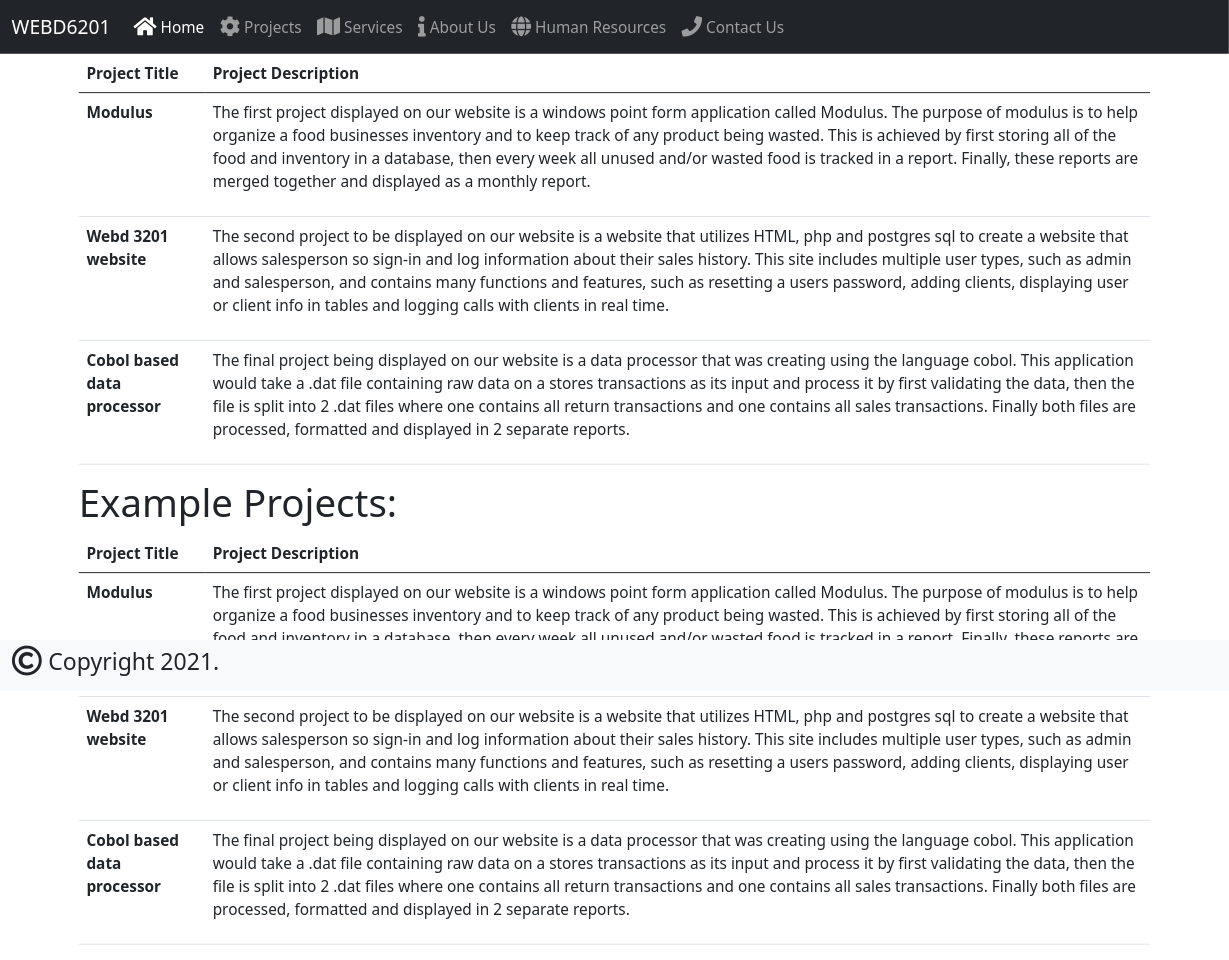
Repository: Sub4Sub/Lab_1
Page: products.html
These files come from the project's save history. The page is drawn as it stood at one moment and after the next save; the edit follows.
The browser window is 1280 px wide. The pictures show the whole page, at 96% of full size.

Above is the page before, as saved 2021-02-05 16:52:05.

### products.html
<!DOCTYPE html>
<html lang="en">
<head>
    <meta charset="UTF-8">
    <meta name="viewport" content="width=device-width, initial-scale=1.0">
    <title>Products</title>
    <!-- CSS Section -->
    <link rel="stylesheet" href="./node_modules/bootstrap/dist/css/bootstrap.min.css">
    <link rel="stylesheet" href="./node_modules/@fortawesome/fontawesome-free/css/all.min.css">
    <link rel="stylesheet" href="./Content/app.css">
</head>
<body>
    <!-- Main Header -->

    <!-- Main Content -->
    <main class="container">
      <table class="table">
        <thead>
          <tr>
            <th scope="col">Project Title</th>
            <th scope="col">Project Description</th>
          </tr>
        </thead>
        <tbody>
          <tr>
            <th scope="row">Modulus</th>
            <td>
              <p>
                The first project displayed on our website is a windows point form application called Modulus. The purpose of modulus is to
                help organize a food businesses inventory and to keep track of any product being wasted. This is achieved by first storing all of
                the food and inventory in a database, then every week all unused and/or wasted food is tracked in a report. Finally,
                these reports are merged together and displayed as a monthly report.
              </p>
            </td>
          </tr>
          <tr>
            <th scope="row">Webd 3201 website</th>
            <td>
              <p>
                The second project to be displayed on our website is a website that utilizes HTML, php and postgres sql to create a website that
                 allows salesperson so sign-in and log information about their sales history. This site includes multiple user types, such as admin
                 and salesperson, and contains many functions and features, such as resetting a users password, adding clients, displaying user or client info in tables and
                 logging calls with clients in real time.
              </p>
            </td>
          </tr>
          <tr>
            <th scope="row">Cobol based data processor</th>
            <td>
              <p>
                The final project being displayed on our website is a data processor that was creating using the language cobol. This application
                would take a .dat file containing raw data on a stores transactions as its input and process it by first validating the data, then
                the file is split into 2 .dat files where one contains all return transactions and one contains all sales transactions. Finally
                both files are processed, formatted and displayed in 2 separate reports.
              </p>
            </td>
          </tr>
        </tbody>
      </table>
    </main>



    <!-- Script Section-->
    <script src="./node_modules/jquery/dist/jquery.min.js"></script>
    <script src="./node_modules/bootstrap/dist/js/bootstrap.bundle.min.js"></script>
    <script src="./Scripts/app.js"></script>
</body>
</html>

### Scripts/app.js
/*
* Name: Brett Tindall & Emeka Okoisama
* Student Id: 100708109 &
* Date Completed: 2021-02-05
*/

"use strict";

//IIFE - Immediately Invoked Function Expression
(function()
{

    /*
      Function that displays the home page's content
    */
    function displayHome()
    {
        let indexHeading = document.createElement("h1");

        indexHeading.setAttribute("id", "indexHeading");
        indexHeading.textContent = `Welcome to lab 1`;

        let mainContent = document.querySelector("main");
        mainContent.appendChild(indexHeading);

        let newDivTag = document.createElement("div");
        newDivTag.innerHTML =
        `<h4>By Brett Tindall and Emeka Okoisama</h4>
        <p id="paragraphThree"> This is our first lab submission </p>`;


        mainContent.append(newDivTag);


    }

    function displayProjects()
    {
        let projectHeading = document.createElement("h1");

        projectHeading.setAttribute("id", "projectHeading");
        projectHeading.textContent = `Example Projects:`;

        let mainContent = document.querySelector("main");
        mainContent.appendChild(projectHeading);

        let newDivTag = document.createElement("div");
        newDivTag.innerHTML =
        `<table class="table">
        <thead>
          <tr>
            <th scope="col">Project Title</th>
            <th scope="col">Project Description</th>
          </tr>
        </thead>
        <tbody>
          <tr>
            <th scope="row">Modulus</th>
            <td>
              <p>
                The first project displayed on our website is a windows point form application called Modulus. The purpose of modulus is to
                help organize a food businesses inventory and to keep track of any product being wasted. This is achieved by first storing all of
                the food and inventory in a database, then every week all unused and/or wasted food is tracked in a report. Finally,
                these reports are merged together and displayed as a monthly report.
              </p>
            </td>
          </tr>
          <tr>
            <th scope="row">Webd 3201 website</th>
            <td>
              <p>
                The second project to be displayed on our website is a website that utilizes HTML, php and postgres sql to create a website that
                 allows salesperson so sign-in and log information about their sales history. This site includes multiple user types, such as admin
                 and salesperson, and contains many functions and features, such as resetting a users password, adding clients, displaying user or client info in tables and
                 logging calls with clients in real time.
              </p>
            </td>
          </tr>
          <tr>
            <th scope="row">Cobol based data processor</th>
            <td>
              <p>
                The final project being displayed on our website is a data processor that was creating using the language cobol. This application
                would take a .dat file containing raw data on a stores transactions as its input and process it by first validating the data, then
                the file is split into 2 .dat files where one contains all return transactions and one contains all sales transactions. Finally
                both files are processed, formatted and displayed in 2 separate reports.
              </p>
            </td>
          </tr>
        </tbody>
      </table>`;


        mainContent.append(newDivTag);


    }

    /*
      Function that displays the contact page's content
    */
    function displayContact()
    {
      let contactHeading = document.createElement("h1");

      contactHeading.setAttribute("id", "contactHeading");
      contactHeading.textContent = "Enter a Contact";

      let mainContent = document.querySelector("main");
      mainContent.appendChild(contactHeading);

      let newDivTag = document.createElement("div");
      newDivTag.innerHTML =
      `<div id="messageArea"></div>

      <div class="row justify-content-lg-center g-3">
        <form class="col-lg-6 col-md-10 col-sm-10">

          <div class="input-group mb-3">
            <span class="input-group-text" id="inputGroup-sizing-default">Full Name </span>
            <input id="fullName" type="text" class="form-control" aria-label="Full Name" aria-describedby="Full Name Input"
            name="fullName" required>
          </div>

          <div class="input-group mb-3">
            <span class="input-group-text" id="inputGroup-sizing-default">Contact Number</span>
            <input id="contactNumber" type="tel" class="form-control" aria-label="Contact Number" aria-describedby="Contact Number Input"
            name="contactNumber" required>
          </div>

          <div class="input-group mb-3">
            <span class="input-group-text" id="inputGroup-sizing-default">Email</span>
            <input id="emailAddress" type="email" class="form-control" aria-label="Email Address" aria-describedby="Email Address Input"
            name="emailAddress" required>
          </div>

          <button id="sendButton" type="submit" class="btn btn-primary"><i class="fas fa-envelope fa-lg"></i> Send</button>
          <button id="cancelButton" type="reset" class="btn btn-warning"><i class="fas fa-undo fa-lg"></i> Cancel</button>
        </form>
      </div>`;

      mainContent.append(newDivTag);


      let sendButton = document.getElementById("sendButton");

        sendButton.addEventListener("click", function(event){

          window.location.href = './index.html';

        });

    }

    /*
      Function that displays the fixed footer at the bottom of the page
    */
   function displayHeader()
   {
     let mainContent = document.querySelector("body");

     //let sendButton = document.getElementById("body");

     let newFooterTag = document.createElement("header");

     newFooterTag.innerHTML =
     `
     <header>
      <!-- Main Navigation -->
      <nav class="navbar navbar-expand-lg navbar-dark bg-dark">
          <div class="container-fluid">
            <a class="navbar-brand" href="index.html">WEBD6201</a>
            <button class="navbar-toggler" type="button" data-bs-toggle="collapse" data-bs-target="#navbarSupportedContent" aria-controls="navbarSupportedContent" aria-expanded="false" aria-label="Toggle navigation">
              <span class="navbar-toggler-icon"></span>
            </button>
            <div class="collapse navbar-collapse" id="navbarSupportedContent">
              <ul class="navbar-nav me-auto mb-2 mb-lg-0" id ="headerList">
                <li class="nav-item">
                  <a class="nav-link active" aria-current="page" href="index.html"><i class="fas fa-home fa-lg"></i> Home</a>
                </li>

                <li class="nav-item">
                  <a class="nav-link" id="productsLink" aria-current="page" href="products.html"><i class="fas fa-cog fa-lg"></i> Products</a>
                </li>

                <li class="nav-item">
                  <a class="nav-link" aria-current="page" href="services.html"><i class="fas fa-map fa-lg"></i> Services</a>
                </li>

                <li class="nav-item" id="aboutUsList">
                  <a class="nav-link" id="aboutUsLink" aria-current="page" href="about.html"><i class="fas fa-info fa-lg"></i> About Us</a>
                </li>

                <li class="nav-item">
                  <a class="nav-link" aria-current="page" href="contact.html"><i class="fas fa-phone fa-lg"></i> Contact Us</a>
                </li>
              </ul>
            </div>
          </div>
        </nav>
  </header>
     `

     mainContent.prepend(newFooterTag);

   }

    /*
      Function that displays the fixed footer at the bottom of the page
    */
    function displayFooter()
    {
      let mainContent = document.querySelector("main");

      let newFooterTag = document.createElement("footer");

      newFooterTag.innerHTML =
      `
      <footer>
        <nav class="navbar fixed-bottom navbar-light bg-light">
            <div class="container-fluid">
              <h4><i class="far fa-copyright fa-lg"></i> Copyright 2021.</h4>
            </div>
          </nav>
    </footer>
      `

      mainContent.append(newFooterTag);

    }

    /*
      Function that adds a button to the human resources page
    */
    function addHumanResourcesButton()
    {

      let aboutUsLink = document.getElementById("aboutUsList");

      let newListItem = document.createElement("li");

      newListItem.innerHTML =
      `
      <li class="nav-item">
        <a class="nav-link" id="HumanResourcesLink" aria-current="page" href="human-resources.html"><i class="fas fa-globe fa-lg"></i> Human Resources</a>
      </li>
      `

      aboutUsLink.after(newListItem);

    }

    /*
      Function that changes the products button's text to projects
    */
   function alterProductsButton()
   {

    let productsButton = document.getElementById("headerList").childNodes[3];

    //productsButton.textContent = "Projects";

    let newListItem = document.createElement("li");

    newListItem.innerHTML =
   `
   <li class="nav-item">
               <a class="nav-link" aria-current="page" href="products.html"><i class="fas fa-cog fa-lg"></i> Projects</a>
             </li>
   `

    productsButton.replaceChild(newListItem, productsButton.childNodes[1]);

   }

   /*
      Function that run when the page loads
    */
    function Start()
    {
        console.log("App Started...");

        displayHeader();

        alterProductsButton();

        addHumanResourcesButton();

        switch (document.title)
        {
          case "Home":
              displayHome();
            break;
          case "About":
              displayAbout();
            break;
          case "Products":
              displayProjects();
            break;
          case "Services":
              displayServices();
            break;
          case "Contact":
              displayContact();
            break;
        }

    }

    displayFooter();

    window.addEventListener("load", Start);

})();

Loaded but not shown: node_modules/bootstrap/dist/css/bootstrap.min.css (library); node_modules/@fortawesome/fontawesome-free/css/all.min.css (library); node_modules/jquery/dist/jquery.min.js (library); node_modules/bootstrap/dist/js/bootstrap.bundle.min.js (library); Content/app.css (no stored copy; drawn as an empty file)

After the next save:
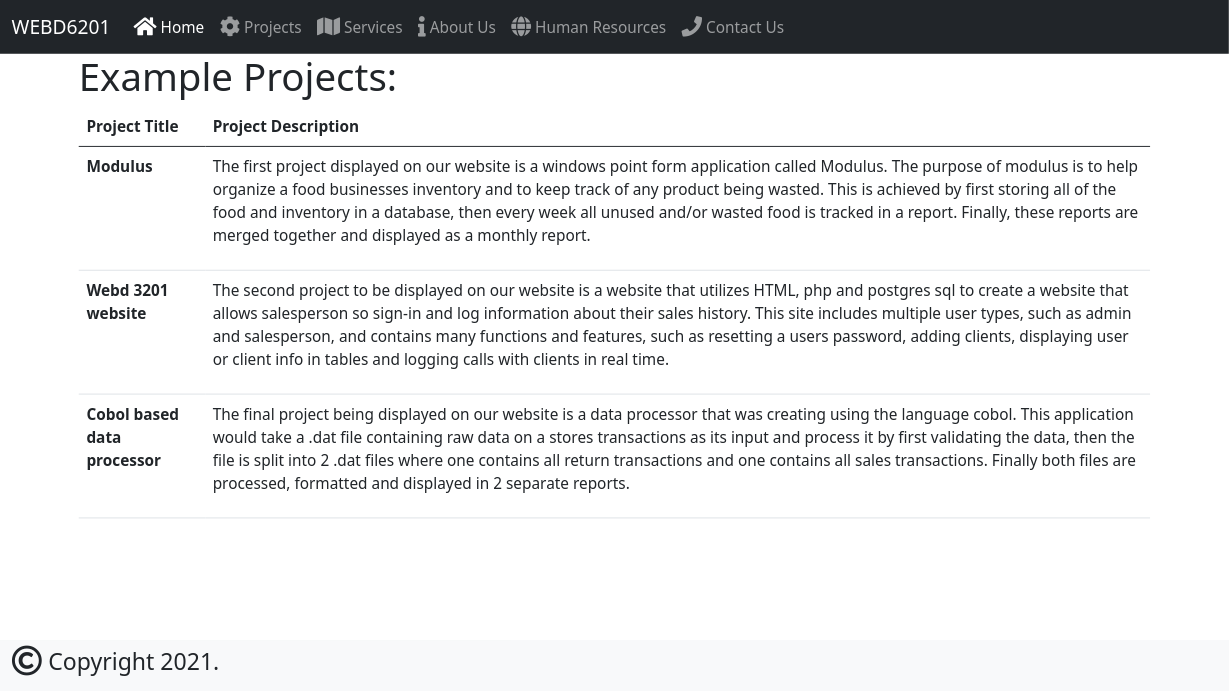
Saved 9 s later.
--- a/products.html
+++ b/products.html
@@ -14,49 +14,6 @@
 
     <!-- Main Content -->
     <main class="container">
-      <table class="table">
-        <thead>
-          <tr>
-            <th scope="col">Project Title</th>
-            <th scope="col">Project Description</th>
-          </tr>
-        </thead>
-        <tbody>
-          <tr>
-            <th scope="row">Modulus</th>
-            <td>
-              <p>
-                The first project displayed on our website is a windows point form application called Modulus. The purpose of modulus is to
-                help organize a food businesses inventory and to keep track of any product being wasted. This is achieved by first storing all of
-                the food and inventory in a database, then every week all unused and/or wasted food is tracked in a report. Finally,
-                these reports are merged together and displayed as a monthly report.
-              </p>
-            </td>
-          </tr>
-          <tr>
-            <th scope="row">Webd 3201 website</th>
-            <td>
-              <p>
-                The second project to be displayed on our website is a website that utilizes HTML, php and postgres sql to create a website that
-                 allows salesperson so sign-in and log information about their sales history. This site includes multiple user types, such as admin
-                 and salesperson, and contains many functions and features, such as resetting a users password, adding clients, displaying user or client info in tables and
-                 logging calls with clients in real time.
-              </p>
-            </td>
-          </tr>
-          <tr>
-            <th scope="row">Cobol based data processor</th>
-            <td>
-              <p>
-                The final project being displayed on our website is a data processor that was creating using the language cobol. This application
-                would take a .dat file containing raw data on a stores transactions as its input and process it by first validating the data, then
-                the file is split into 2 .dat files where one contains all return transactions and one contains all sales transactions. Finally
-                both files are processed, formatted and displayed in 2 separate reports.
-              </p>
-            </td>
-          </tr>
-        </tbody>
-      </table>
     </main>
 
 
